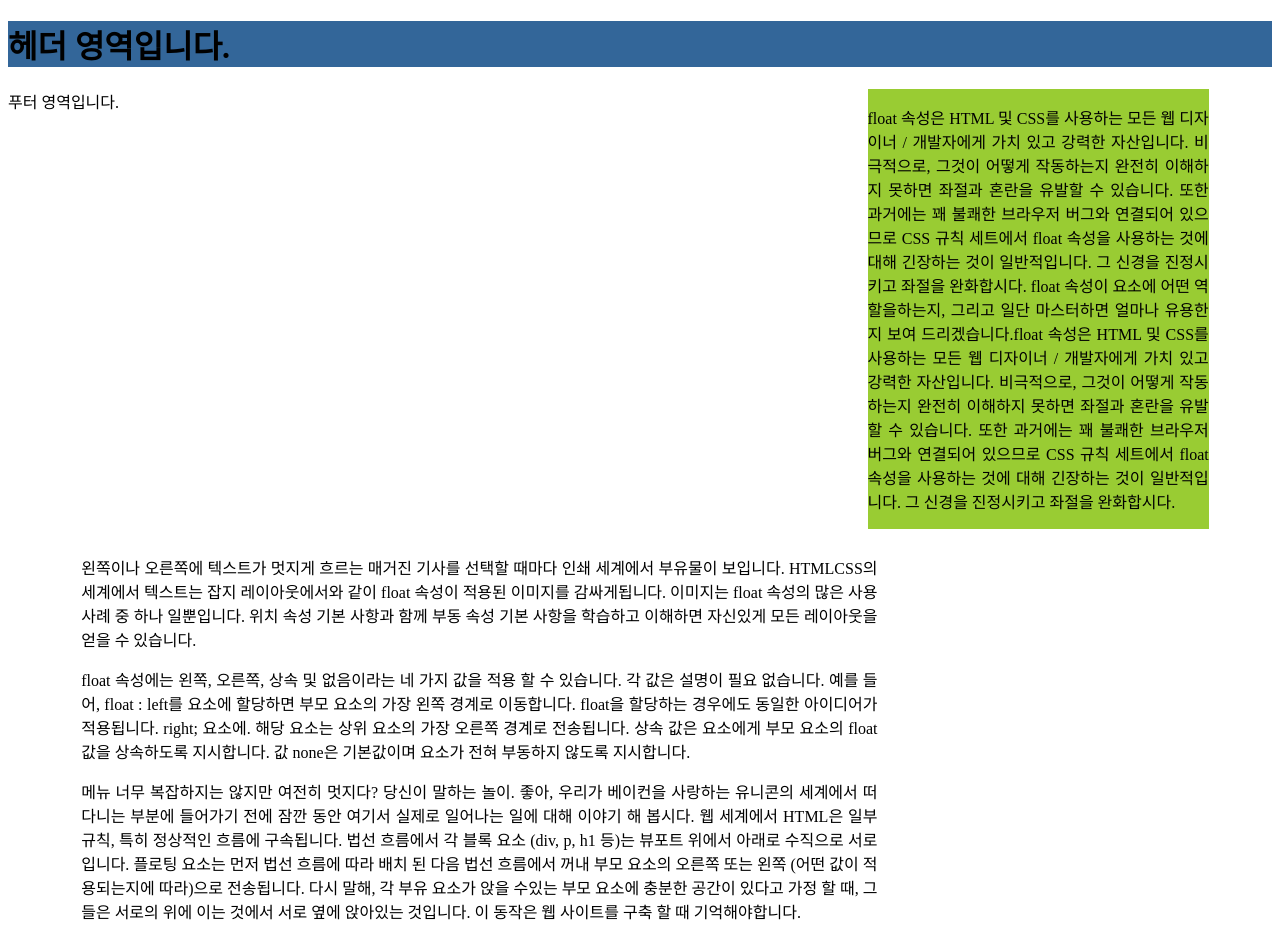
Repository: snowcuphea/webwork_class
Page: clientweb/WebContent/css/layout_exam01.html
An editor plug-in stored every save of this project. The page is shown before and after the next save, followed by the edit.
The browser window is 1280 px wide. The pictures show the whole page.

Above is the page before, as saved 2020-01-06 02:34:37.

After the next save:
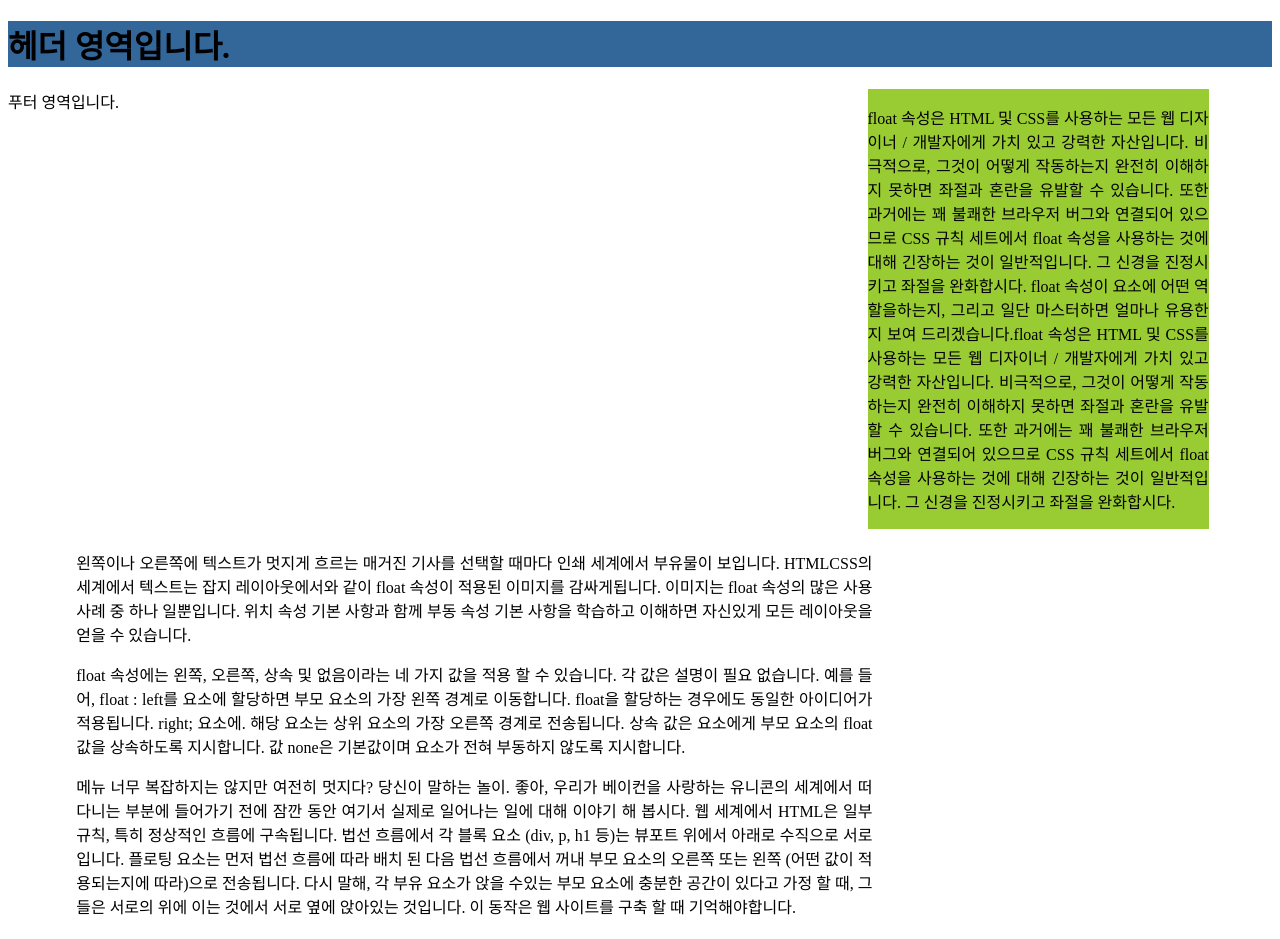
Saved 17 s later.
--- a/clientweb/WebContent/css/layout_exam01.html
+++ b/clientweb/WebContent/css/layout_exam01.html
@@ -24,7 +24,7 @@
 #mainex{
 	float: left;
 	width : 70%;
-	padding : 10px;
+	margin : 5px;
 
 
 }
